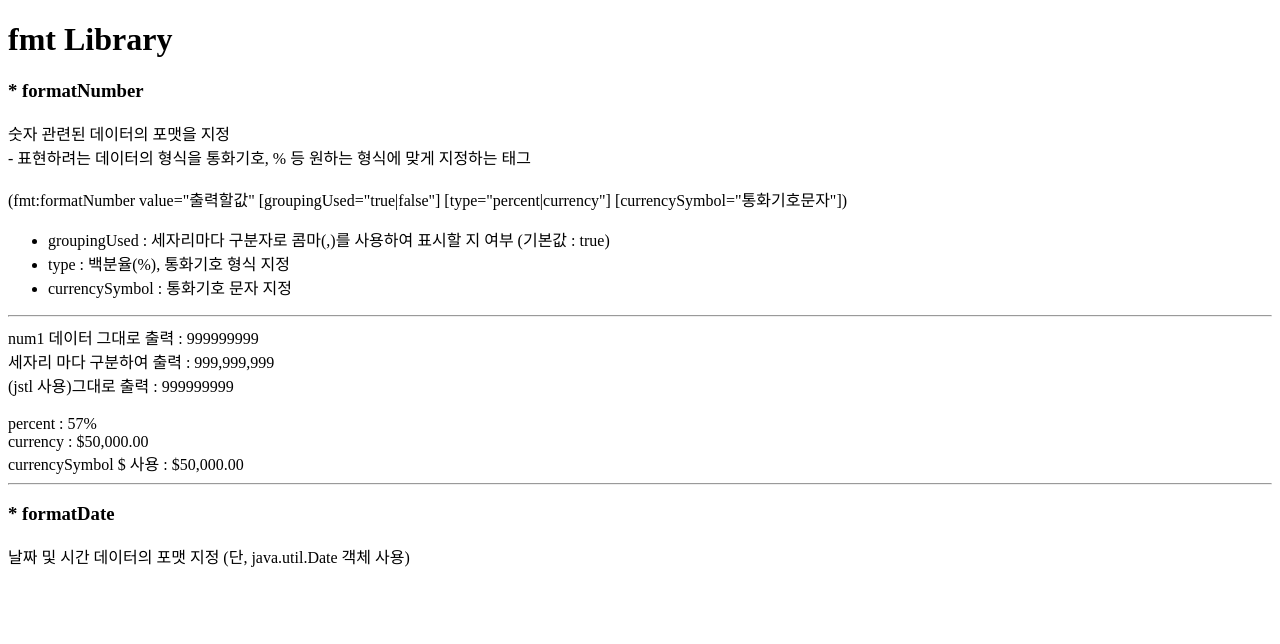
Repository: smjae96/Backup
Page: http://localhost/elActionProject/views/3_CustomAction/02_fmt.jsp
These files come from the project's save history. The page is drawn as it stood at one moment and after a run of saves; the edit follows.
The browser window is 1280 px wide. The pictures show the whole page.
The page is served by Tomcat 9.

Above is the page before, as saved 2024-04-02 00:42:15.

After the next 4 saves:
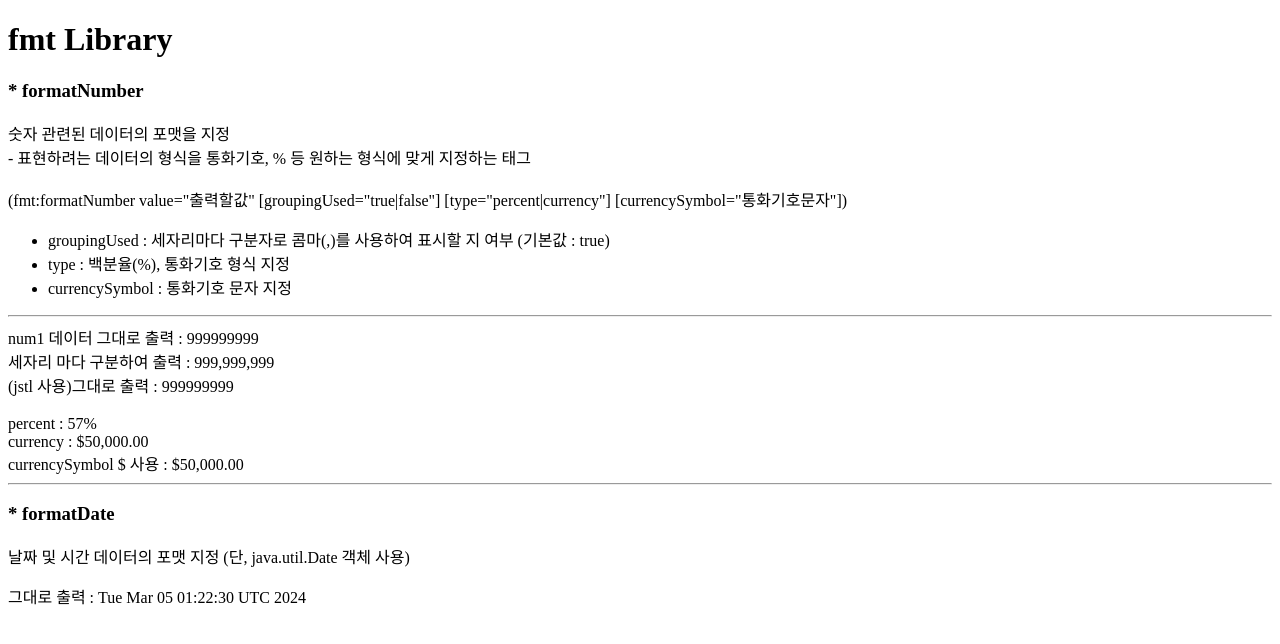
The 4 saves are shown as one change because 3 did not build or start.
The last was saved 2 min 24 s later.
--- a/5_JSP/elActionProject/src/main/webapp/views/3_CustomAction/02_fmt.jsp
+++ b/5_JSP/elActionProject/src/main/webapp/views/3_CustomAction/02_fmt.jsp
@@ -1,5 +1,6 @@
 <%@ page language="java" contentType="text/html; charset=UTF-8"
     pageEncoding="UTF-8"%>
+<%@ page import="java.util.Date" %>
 <%@ taglib prefix="fmt" uri="http://java.sun.com/jsp/jstl/fmt" %>
 <%@ taglib prefix="c" uri="http://java.sun.com/jsp/jstl/core" %>
 <!DOCTYPE html>
@@ -48,5 +49,8 @@
 	</p>
 
 	<!--  now 변수에 현재 날짜시간을 저장 -->
+	<c:set var="now" value="<%= new Date() %>"/>
+
+	그대로 출력 : ${now }<br>
 </body>
 </html>
